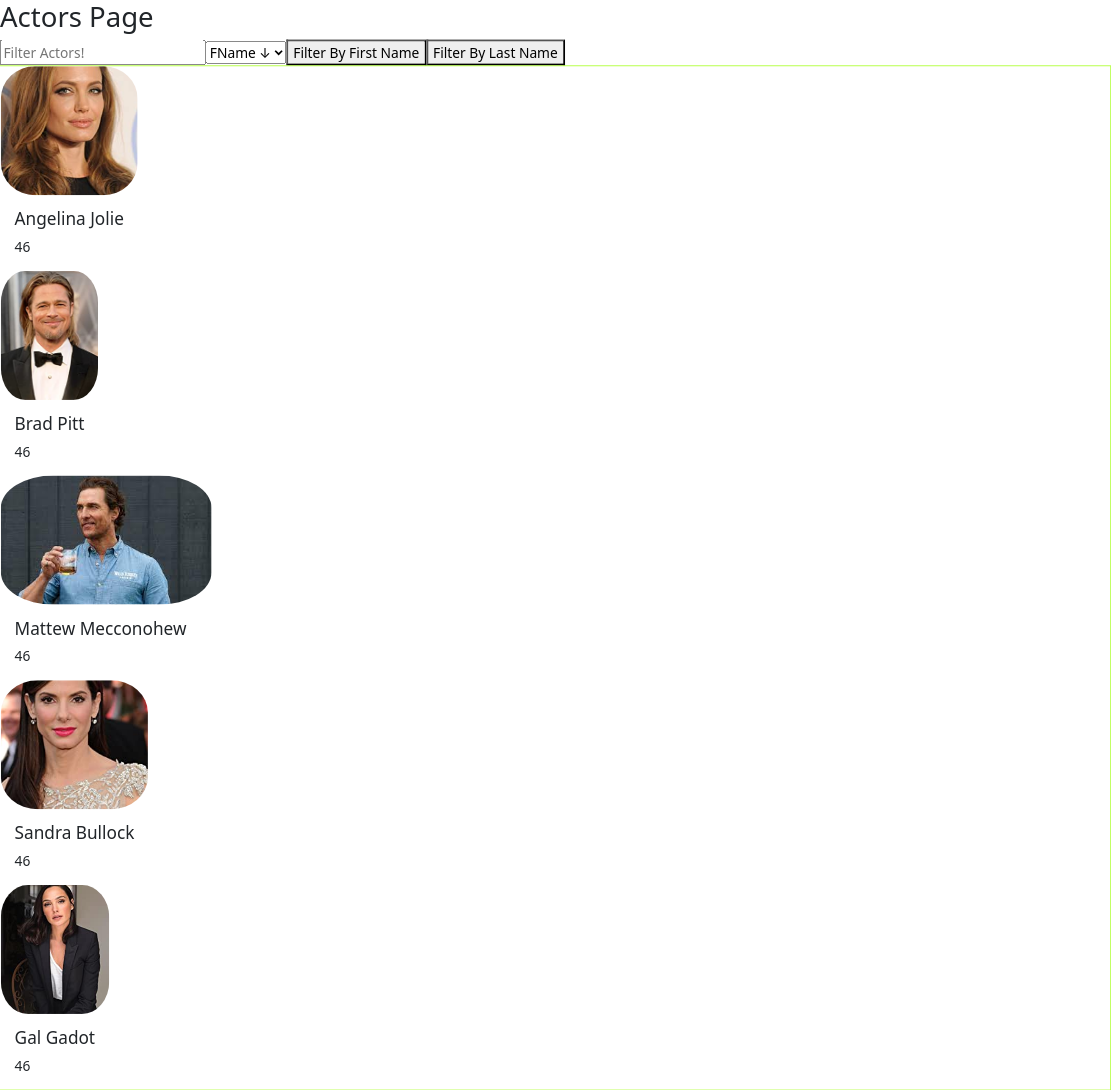
Repository: shuroo/FECourse-react-movieapp
Page: /
These files come from the project's save history. The page is drawn as it stood at one moment and after the next save; the edit follows.
The browser window is 1280 px wide. The page is 1292 px wide, so the pictures cover 1292 px, including what lies to the right of the window. The pictures show the whole page, at 86% of full size.
The project was rebuilt for these pictures with package versions that can differ from the ones it lists, and the page was loaded fresh each time. Also part of the build but not shown: src/App.css.

Above is the page before, as saved 2021-07-25 11:26:46.

### src/App.js
import logo from './logo.svg';
import './App.css';
import React, { useState } from 'react';
import 'bootstrap/dist/css/bootstrap.min.css';
import ActorsPage from './pages/ActorsPage';

function App() {
    return <ActorsPage / >
};

export default App;

### src/pages/ActorsPage.jsx
import React, { useState } from 'react';
import ActorModel from '../model/ActorModel';
import CardComponent from "../components/CardComponent";
import SortComponent from "../components/SortComponent";
import ImgGallery from "../components/ImgGallery";
import 'bootstrap/dist/css/bootstrap.min.css';

function ActorsPage() {

    const allActors = [ new ActorModel("Angelina", "Jolie", new Date("04/06/1975"), "./angeline.jpg", "https://www.imdb.com/name/nm0001401/"),
    new ActorModel("Brad", "Pitt", new Date("04/06/1975"), "./brad_pitt.jpg", "https://www.imdb.com/name/nm0000093/"),
    new ActorModel("Mattew", "Mecconohew", new Date("04/06/1975"), "./mattehew_mecc.jpeg","https://www.imdb.com/name/nm0000190/"),
    new ActorModel("Sandra", "Bullock", new Date("04/06/1975"), "./sandra_bullock.jpg", "https://www.imdb.com/name/nm0000113/"),
    new ActorModel("Gal", "Gadot", new Date("04/06/1975"), "./gal_gadot.jpg", "https://www.imdb.com/name/nm0000113/")];

    const [actors, setActors] = useState(
        allActors
        )

     let actorsHtml = actors.map(act=><CardComponent key={act.firstName+"1"} actor={act}/>)

    // firstName, lastName, birthday, image, imdbLink

    const [filterText, setFilterText] = useState("")
    const [sortCriteria, setSortCriteria] = useState("")

    function filterTextByEvent(e){
        let text = e.target.value;
        setFilterText(text);
        if(text === ""){
            setActors(allActors);
        }
    }
    function filterByFirstName(){
        let actorsFiltered = [...actors].filter(a=>a.firstName.startsWith(filterText));
        setActors(actorsFiltered);
    }

    function filterByLastName(){
         setActors(actors.filter(a=>a.lastName.startsWith(filterText)));
    }



    return (
        <div >
            <h2>Actors Page</h2>
            <div className="content">
            <input type="text" value={filterText} onChange={(e)=>filterTextByEvent(e)}   placeholder="Filter Actors!"></input>
            <SortComponent actors={actors} setSortCriteria={setSortCriteria} sortCriteria={sortCriteria} setActors={setActors} />
            <button onClick={filterByFirstName}>Filter By First Name</button>
            <button onClick={filterByLastName}>Filter By Last Name</button>
            <div className="row"><ImgGallery actorsHtml={actorsHtml}/></div>
            </div>

        </div>
    );
}

export default ActorsPage;

### src/model/ActorModel.jsx
class ActorModel{

    constructor(firstName, lastName, birthday, image, imdbLink){

        this.firstName = firstName;
        this.lastName = lastName;
        this.birthday = birthday;
        this.image = image;
        this.imdbLink = imdbLink;
        this.age = this.age.bind(this);
    }

    age(){
        var thisyear = new Date().getFullYear();
        var birthyear = this.birthday.getFullYear();
        return (thisyear - birthyear);
    }
}

export default ActorModel;

### src/components/CardComponent.jsx
import React from "react";
import './CardComponent.css';

function CardComponent({actor}) {

	return (

<div onClick={(e)=>(window.open(actor.imdbLink, '_blank'))}>
  <img className="actorImg card-img-top" src={actor.image} alt={actor.firstName+" "+actor.lastName}/>
  <div className="card-body">
    <h5 className="card-title">{actor.firstName} {actor.lastName}</h5>
    <p className="card-text">{actor.age()}
  </p></div>
  </div>
	)
}

export default CardComponent;

### src/components/SortComponent.jsx
import React from "react";

function SortComponent({sortCriteria, actors, setActors,setSortCriteria}){

    function sortBy(){

        if(sortCriteria === "firstName"){
            actors.sort((a,b)=>
            {
                if(a.firstName < b.firstName) { return -1; }
                if(a.firstName > b.firstName) { return 1; }
                return 0;
            })
        }else{
            actors.sort (
                (a,b)=>
            {
                if(a.lastName < b.lastName) { return -1; }
                if(a.lastName > b.lastName) { return 1; }
                return 0;
            })
        }

        console.log(actors);
        setActors(actors);
        setSortCriteria(sortCriteria);
    }

    return(

<select name="sortBy" value={sortCriteria} onChange={setSortCriteria}  >

  <option value="firstName">FName &#8595;</option>
  <option value="lastName">LName &#8593;</option>
</select>

)}

export default SortComponent;

### src/components/ImgGallery.jsx
import React from "react";
import './CardComponent.css';

function ImgGallery({actorsHtml}){


return(
<div className="gallery">{actorsHtml}</div>

)

}

export default ImgGallery;

### src/components/CardComponent.css
.actorImg {
    border-radius: 25%;
    object-fit: cover;
    height: 150px;
}

.col {
    display: flex;
    justify-content: space-around;
    align-items: flex-start;
    flex-basis: 20%;
}

.card {
    display: flex;
}

.gallery {
    display: flex;
    flex-direction: column;
    border: 1px solid greenyellow;
    align-items: flex-start;
}

Loaded but not shown: public/index.html (common file); src/index.js (common file); src/index.css (common file); src/reportWebVitals.js (common file)

After the next save:
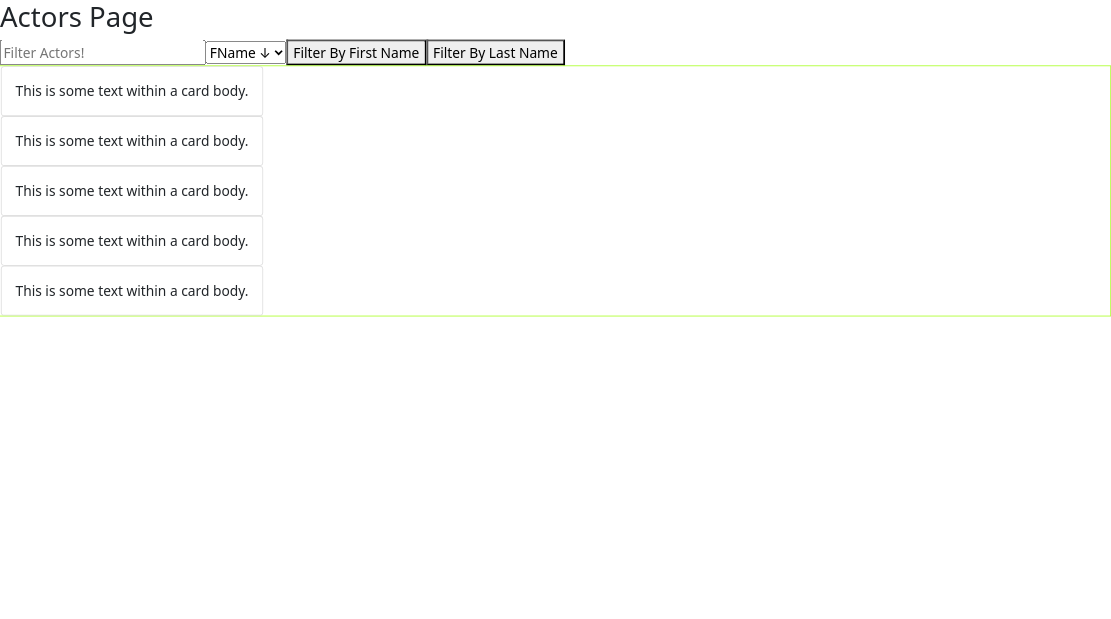
Saved 2 min 23 s later.
--- a/src/components/CardComponent.jsx
+++ b/src/components/CardComponent.jsx
@@ -5,13 +5,12 @@ function CardComponent({actor}) {
 
 	return (
 
-<div onClick={(e)=>(window.open(actor.imdbLink, '_blank'))}>
-  <img className="actorImg card-img-top" src={actor.image} alt={actor.firstName+" "+actor.lastName}/>
-  <div className="card-body">
-    <h5 className="card-title">{actor.firstName} {actor.lastName}</h5>
-    <p className="card-text">{actor.age()}
-  </p></div>
-  </div>
+
+<div class="card">
+<div class="card-body">
+  This is some text within a card body.
+</div>
+</div>
 	)
 }
 
